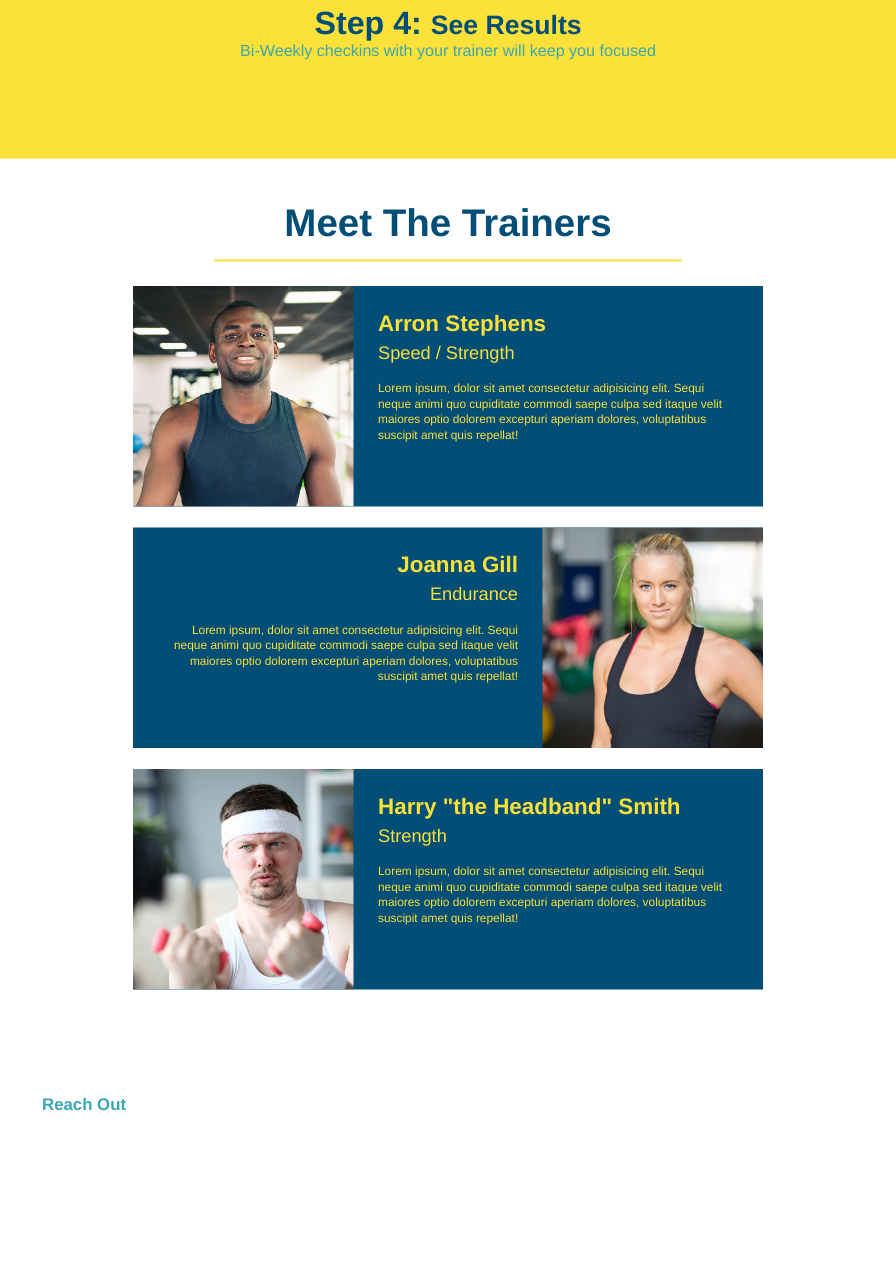
Repository: symlara/run-buddy
Page: index.html
The author's editor kept a copy of each file at every save. The page is drawn from the files as they stood at one save, then again after a run of saves.
The browser window is 1280 px wide. The pictures show the part of the page from y = 2032 to 3952 px (the page is 3837 px tall before and 3952 px after), at 70% of full size.
Pictures or frames that could not be fetched are drawn as grey boxes.

Above is the page before, as saved 2020-12-10 15:17:38.

### index.html
<!DOCTYPE html>
<html lang="en">
    <head>
        <link rel="stylesheet" href="./assets/css/style.css" />
        <meta charset="UTF-8"/>
        <title>Run Buddy</title>
    </head>
    <body>
        <!-- navigation -->
        <header>
        <a href="/"><h1>RUN BUDDY</h1></a>
        <nav>
            <!-- Unordered list element -->
            <ul>
                <!-- List item element -->
                <li>
                    <!-- Anchor Element -->
                    <a href="#what-we-do">What We Do</a>
                </li>
                <li>
                    <a href="#what-you-do">What You Do</a>
                </li>
                <li>
                    <a href="#your-trainers">Your Trainers</a>
                </li>
                <li>
                    <a href="#reach-out">Reach Out</a>
                </li>
            </ul>
        </nav>
        </header>

        <!-- hero section -->
        <section class="hero">
        <div class="hero-form">
            <h3>Get Started Today</h3>
            <p>Fill out this form and one of our trainers will schedule a consult</p>
            <!-- Add form elements -->
            <form>
                <label for="name">Enter full name:</label>
                <input type="text" placeholder="Your Name" name="name" id="name" class="form-input" />
                <label for="email">Enter Email Address:</label>
                <input type="email" placeholder="Email Address" name="email" id="email" class="form-input" />
                <label for="phone">Enter a telephone number</label>
                <input type="tel" placeholder="Phone Number" name="phone" id="phone" class="form-input" />
                <p>
                    Have you worked out with a trainer before?
                    <input type="radio" name="trainer-confirm" id="trainer-yes" />
                    <label for="trainer-yes">Yes</label>
                    <input type="radio" name="trainer-confirm" id="trainer-no" />
                    <label for="trainer-no">No</label>
                </p>
                <p>
                    <label for="checkbox">
                    I acknowledge that I am at least 18 years of age.
                    </label>
                    <input type="checkbox" name="age-confirm" id="checkbox" />
                </p>
                <button type="submit">
                    Get running!
                </button>
            </form>
        </div>
    </section>
    <!-- end hero -->

        <!-- hero/jumbotron -->
        <section></section>

        <!-- "what we do" section -->
        <section id="what-we-do" class="intro">
            <h2 class="section-title primary-border">What We Do</h2>
            <p>
                butcher selfies chambray shabby chic gentrify readymade yr Echo Park XOXO Tumblr normcore Banksy direct trade Blue Bottle chillwave you probably haven't heard of them single-origin coffee Vice fanny pack fixie Odd Future Austin fingerstache pickled twee synth Wes Anderson Thundercats viral bitters flannel meggings narwhal Marfa Schlitz sustainable Intelligentsia umami deep v craft
            </p>
        </section>

        <!-- "what you do" section -->
        <section id="what-you-do" class="steps">
            <h2 class="section-title secondary-border">What You Do</h2>

            <div>
                <!-- insert this img element -->
                <img src="./assets/images/step-1.svg" alt="" />
                <h3>Step 1: <span>Fill Out the Form Above.</span></h3>
                <p>You're already here, so why not?</p>
            </div>

            <div>
                <!-- insert this img element -->
                <img src="./assets/images/step-2.svg" alt="" />
                <h3>Step 2: <span>Consult with One of Our Trainers.</span></h3>
                <p>Are you here to build muscle, lose weight, or just feel good?</p>
            </div>

            <div>
                <!-- insert this img element -->
                <img src="./assets/images/step-3.svg" alt="" />
                <h3>Step 3: <span>Get Running</span></h3>
                <p>Hit the ground running (literally) once your trainer lays out your plan</p>
            </div>

            <div>
                <!-- insert this img element -->
                <img src="./assets/images/step-4.svg" alt="" />
                <h3>Step 4: <span>See Results</span></h3>
                <p>Bi-Weekly checkins with your trainer will keep you focused</p>
            </div>
        </section>

        <!-- "meet the trainers" section -->
        <section id="your-trainers" class="trainers">
            <h2 class="section-title primary-border">Meet The Trainers

            </h2>

            <!-- first trainer bio -->
            <article class="trainer">
                <img src="./assets/images/trainer-1.jpg" alt="Arron Stephens in his workout clothes, ready to pump iron" />
                <div class="trainer-bio text-left">
                    <h3>Arron Stephens</h3>
                    <h4>Speed / Strength</h4>
                    <p>
                        Lorem ipsum, dolor sit amet consectetur adipisicing elit. Sequi neque animi quo cupiditate commodi saepe culpa sed
                        itaque velit maiores optio dolorem excepturi aperiam dolores, voluptatibus suscipit amet quis repellat!
                    </p>
                </div>
            </article>
            <!-- first trainer end -->

            <!--second trainer bio -->
            <article class="trainer">
                <div class="trainer-bio text-right">
                    <h3>Joanna Gill</h3>
                    <h4>Endurance</h4>
                    <p>
                        Lorem ipsum, dolor sit amet consectetur adipisicing elit. Sequi neque animi quo cupiditate commodi saepe culpa sed
                        itaque velit maiores optio dolorem excepturi aperiam dolores, voluptatibus suscipit amet quis repellat!
                    </p>
                </div>
                <img src="./assets/images/trainer-2.jpg" alt="Joanna Gill cooling off after a workout" />
            </article>
            <!-- second trainer end-->

            <!-- third trainer bio -->
            <article class="trainer">
                <img src="./assets/images/trainer-3.jpg" alt="Harry Smith wearing a headband and lifting comically small pink weights" />
                <div class="trainer-bio text-left">
                    <h3>Harry "the Headband" Smith</h3>
                    <h4>Strength</h4>
                    <p>
                        Lorem ipsum, dolor sit amet consectetur adipisicing elit. Sequi neque animi quo cupiditate commodi saepe culpa sed
                        itaque velit maiores optio dolorem excepturi aperiam dolores, voluptatibus suscipit amet quis repellat!
                    </p>
                </div>
            </article>
            <!-- third trainer end -->
        </section>

        <!-- "reach out" section -->
        <section>
            <h2>Reach Out</h2>
            <div class="contact-info">
                <iframe src="https://www.google.com/maps/embed?pb=!1m18!1m12!1m3!1d3221.7111422227936!2d-86.80586308470178!3d36.14924591176938!2m3!1f0!2f0!3f0!3m2!1i1024!2i768!4f13.1!3m3!1m2!1s0x886466bdcf68adc5%3A0x468be65e4a8f7eb1!2s2201%20West%20End%20Ave%2C%20Nashville%2C%20TN%2037212!5e0!3m2!1sen!2sus!4v1607634799030!5m2!1sen!2sus"
                    frameborder="0"
                    style="border: 0"
                </iframe>
            </div>
        </section>

        <!-- footer -->
        <footer>
            <h2>❤️ Made with love by Run Buddy</h2>
            <div>
                <a href="#">Read Our Privacy Policy</a><br />
                &copy; 2019 Run Buddy Inc.
            </div>
        </footer>
    </body>

    </html>

### assets/css/style.css
* {
    margin: 0;
    padding: 0;
    box-sizing: border-box;
}


body {
    /* more on this crazy alphanumerical value in a minute */
    color: #39a6b2;
    font-family: Helvetica, Arial, sans-serif;
}

/* apply styles to header */
header {
    padding: 20px 35px;
    background-color: #39a6b2;
}

header h1 {
    font-weight: bold;
    font-size: 36px;
    color: #fce138;
    margin: 0;
    display: inline;
}

header a {
    text-decoration: none;
    color: #fce138;
}

header nav {
    float: right;
    margin: 7px 0;
}

header nav ul li {
    display: inline;
}

header nav ul li a {
    margin: 0 30px;
    font-weight: lighter;
    font-size: 22px;
}

footer {
    background: #fce138;
    width: 100%;
    padding: 40px 35px;
  }

footer h2 {
    display: inline;
    color: #024e76;
    font-size: 30px;
    margin: 0;
}

footer div {
    float: right;
    line-height: 1.5;
    text-align: right;
}

footer a {
    color: #024e76;
}

section {
    padding: 60px;
}

/* Hero Style Start */
.hero {
    background-image: url("../images/hero-bg.jpg");
    height: 600px;
    background-size: cover;
    background-position: center;
    position: relative;
}
/*The height property fixed at 600px gives an exact size of the section, which is important in this context to allow room for the sign-up form.*/


.hero-form {
    border: solid 3px #024e76;
    background-color: #fce138;
    padding: 20px;
    width: 500px;
    color: #024e76;
    position: absolute;
    bottom: 120px;
    right: 140px;
}

.hero-form h3 {
    font-size: 24px;
    margin: 0;
}

.hero-form p {
    margin: 5px 0 15px 0;
}

.form-input {
    border: 1px solid #024e76;
    display: block;
    padding: 7px 15px;
    font-size: 16px;
    color: #024e76;
    width: 100%;
    margin-bottom: 15px;
}

.hero-form label {
    margin: 0 5px;
}

.hero-form button {
    color: #fce138;
    background-color: #024e76;
    border: none;
    padding: 10px 20px;
    font-size: 16px;
}
/* Hero Style End */

/*What We Do Section */
.intro {
    text-align: center;
}

.intro p {
    line-height: 1.7;
    color: #39a6b2;
    width: 80%;
    font-size: 20px;
    margin: 0 auto;
}

/*What We Do End*/

.section-title {
    display: inline-block;
    font-size: 55px;
    color: #024e76;
    margin-bottom: 35px;
    padding: 0 100px 20px 100px;
    border-bottom: 3px solid;
}

.primary-border {
    border-color: #fce138;
}

.secondary-border {
    border-color: #39a6b2;
}

/* What You Do Section */
.steps {
    text-align: center;
    background: #fce138;
}

.steps div {
    margin-bottom: 80px;
}

.steps img {
    width: 15px;
    margin: 10px 0;
}

.steps h3 {
    color: #024e76;
    font-size: 46px;
    margin-top: 10px;
}

.steps p {
    color: #39a6b2;
    font-size: 23px;
}

.steps span {
    font-size: 38px;
}


/* What You Do End */

/* Your Trainers Section */
.trainers {
    text-align: center;
}

.trainer {
    width: 900px;
    margin: 0 auto 30px auto;
    background: #024e76;
    color: #fce138;
    overflow: auto;
}

.trainer img {
    width: 35%;
    float: left;
}

.trainer-bio {
    padding: 35px;
    float: left;
    width: 65%;
}

.text-left {
    text-align: left;
}

.text-right {
    text-align: right;
}

.trainer-bio h3 {
    font-size: 32px;
    margin-bottom: 8px;
}

.trainer-bio h4 {
    font-weight: lighter;
    font-size: 26px;
    margin-bottom: 25px;
}

.trainer-bio p {
    font-size: 17px;
    line-height: 1.3;
}
/* Your Trainers Section End */

After the next 4 saves:
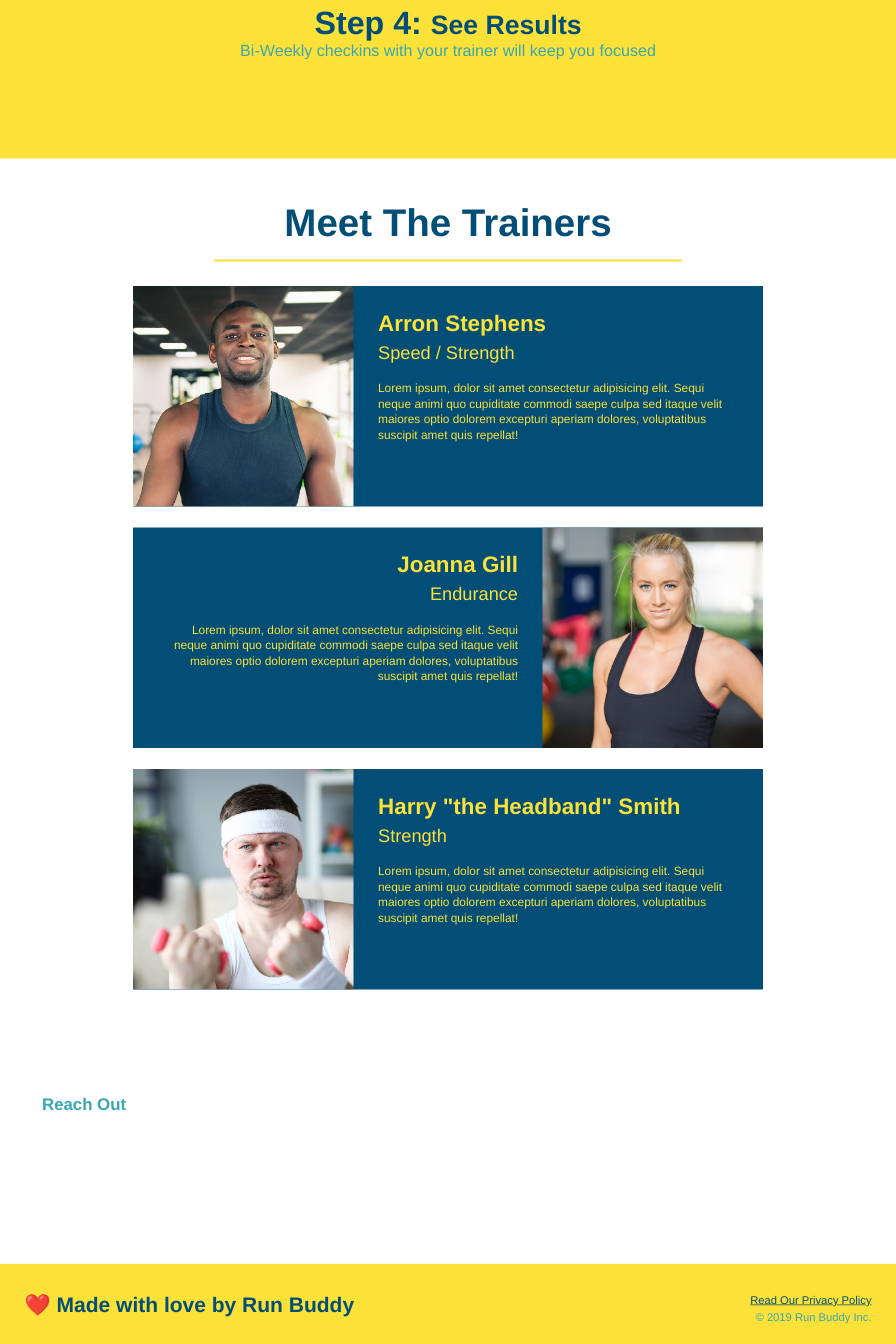
The 4 saves are shown as one change because they came seconds apart.
The last was saved 13 s later.
--- a/index.html
+++ b/index.html
@@ -164,6 +164,7 @@
                 <iframe src="https://www.google.com/maps/embed?pb=!1m18!1m12!1m3!1d3221.7111422227936!2d-86.80586308470178!3d36.14924591176938!2m3!1f0!2f0!3f0!3m2!1i1024!2i768!4f13.1!3m3!1m2!1s0x886466bdcf68adc5%3A0x468be65e4a8f7eb1!2s2201%20West%20End%20Ave%2C%20Nashville%2C%20TN%2037212!5e0!3m2!1sen!2sus!4v1607634799030!5m2!1sen!2sus"
                     frameborder="0"
                     style="border: 0"
+                    allowfullscreen</iframe>
                 </iframe>
             </div>
         </section>
